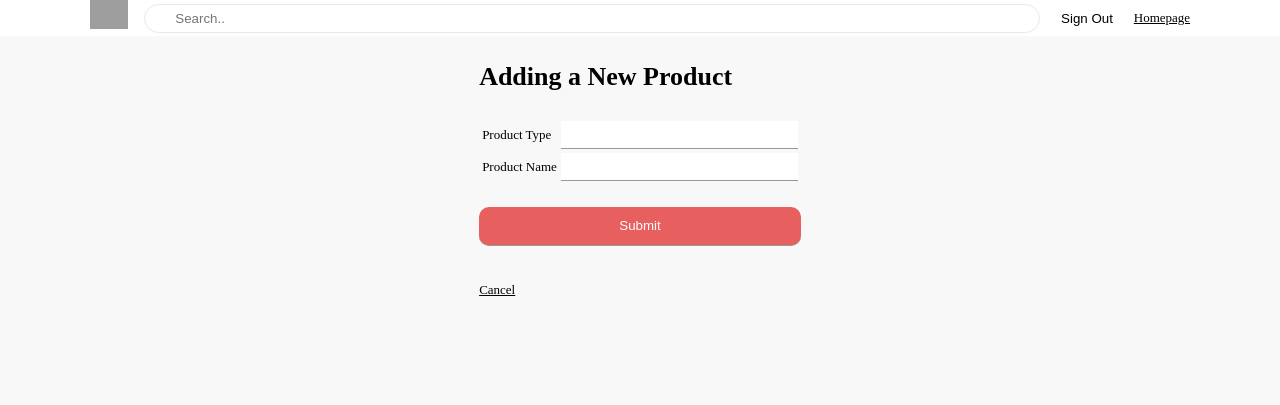
Repository: PhuongHuynh9987/Shopaholic-Ecommerce
Page: http://localhost/Shopaholic/WEB-INF/views/addnewproduct.jsp
The author's editor kept a copy of each file at every save. The page is drawn from the files as they stood at one save, then again after the next save.
The browser window is 1280 px wide. The pictures show the whole page.
Pictures or frames that could not be fetched are drawn as grey boxes. The page is served by Tomcat 9. Nobody is signed in. Other server files are loaded and not shown. The template is opened directly, without the code that normally fills it, so the values that code supplies are empty.

Above is the page before, as saved 2024-01-30 01:01:17.

### Shopaholic/src/main/webapp/WEB-INF/views/addnewproduct.jsp
<%@ page language="java" contentType="text/html; charset=UTF-8"
    pageEncoding="UTF-8"%>


<!DOCTYPE html>
<%@page import="java.sql.*"%>
<%@ page import="java.io.*,java.util.*, javax.servlet.*"%>
<%@ page import="shopaholicjava.*"%>
<%@ page import = "javax.servlet.http.*" %>


<html>
<head>
<meta charset="UTF-8">
<!-- Favicon -->
<link rel = "icon" type = "image/x-icon" href = "asset/favicon.ico"/>
<!-- Font Awesome icons (free version) -->
<script src="https://use.fontawesome.com/releases/v5.15.4/js/all.js" crossorigin = "anonymous"></script>
<!--Google fonts  -->
<link href = "https://fonts.googleapis.com/css?family=Montserrat:400,700" rel="stylesheet" type = text/css />
<!-- Core theme CSS (bootstrap) -->
<link href = "style.css" rel="stylesheet"/>
<!-- <meta charset="ISO-8859-1"> -->
<title>Adding a New Product</title>
</head>
<body>
	<div class='body'>
		<div class='navbar'>
			<div class='logo'>
				<img src="images/logo.png" alt="logo">
			</div>
			<div class='searchbar'>
				<input type="text" placeholder="Search..">
			</div>

			<div>
				<form action="LogoutServlet">
					<input type = "hidden" name = "UserType" value = "Merchant">
					<button type="submit" class='signout'>Sign Out</button>
				</form>
			</div>

			<div class='homepage'>
				<a href="MerchantServlet">Homepage</a>
			</div>
		</div>

		<div>
			<h1>Adding a New Product</h1>
	        <form action="MerchantServlet" method="post" name="Form"  enctype = "multipart/form-data" onsubmit="return validateForm()">
	       		<input type="hidden" name="action" value="add">
				<table>
					<tr>
						<td>Product Type</td>
						<td><input type="text" name="productType" onkeypress="removeElert()"/></td>
					</tr>

					<tr>
						<td>Product Name</td>
						<td><input type="text" name="productName" onkeypress="removeElert()"/></td>
					</tr>


				</table>
				<span class="emptyField">Please Fill In All Required Fields!</span>
				<input type="submit" value="Submit" class ="addProduct" />
			</form>
			<div class = "footer">
				<a href="MerchantServlet">Cancel</a>
			</div>
		</div>
	</div>

	<script  type="text/javascript">
	 	var emptyField = document.querySelector(".emptyField");

		function validateForm() {
		    var a = document.forms["Form"]["productType"].value;
		    var b = document.forms["Form"]["productName"].value;
		    var c = document.forms["Form"]["price"].value;
		    var d = document.forms["Form"]["imageFile"].value;

		    if ((a == null || a == "") || (b == null || b == "") || (c == null || c == "") || (d == null || d == "")) {
		    	emptyField.classList.add("active");
		    	return false;
		    }
		    else {
		    	return true;
		    }
		 }

		 function removeElert() {
			emptyField.classList.remove("active");
		 }

	</script>


</body>
</html>

### Shopaholic/src/main/webapp/style.css
@charset "UTF-8";

 /******** Global *********/
 input, select, textarea {
  outline: none;
/*   appearance: unset !important;
  -moz-appearance: unset !important;
  -webkit-appearance: unset !important;
  -o-appearance: unset !important;
  -ms-appearance: unset !important;  */
 }


html {
	box-sizing: border-box;
	margin: 0;
	padding:0;
	width:100%;
}

a{
  color : black;
  cursor: pointer;
}

button {
	 cursor: pointer;
}

figure {
  margin-bottom: 50px;
  text-align: center; }

body {
  font-size: 13px;
  line-height: 1.8;
/*   color: #222; */
  background: #f8f8f8;
  font-weight: 400;
  font-family: Poppins;
  margin: 0;
}

 input {
  width: 100%;
  display: block;
  border: none;
  border-bottom: 1px solid #999;
  padding: 6px 30px;
  box-sizing: border-box;

}

.main {
  padding: 50px 0;
}

hr {
	width:100%;
	text-align:left;
	margin-left:0;
 }


  /************ Nav Bar ************/
.navbar {
  display: flex;
  background: #fff;
  gap: 1rem;
  justify-content: center;
  align-items: center;
  width:100%;
 }

 .logo img {
 	width: 2.4rem;
 	margin:0;
 	padding:0;
 }

 .logo {
  overflow: fit-content;
 }

.searchbar {
  	width: 70%;
  }
.searchbar input {
  border-radius: 30px;
  border: 1px solid #e9e9e9;
 }

.cart, .signout {
	margin:0;
 	padding:0.3rem;
  	border:none;
  	background: #fff;
  	transition: 0.4s;
  }

.cart:hover,
.signout:hover {
  	background:#e9e9e9;
  	border-radius: 10px;
  	padding: 0.3rem;
}


  /******** Body for sign up and log in ******/
 .container {
 	display:flex;
 	flex-direction: column;
 	width: 900px;
 	background: #fff;
 	margin: 0 auto;
 	justify-content: center;
  	align-items:center;
 }

 .signin-content, .signup-content {
  display: flex;
  display: -webkit-flex;
  padding-top: 67px;
 }

.signin-image, .signup-image {
	width: 50%;
	overflow:hidden;
  	margin-top: 10px;
}

.signin-form {
  margin-right: 15rem;
  }

.signup-form {
   margin-left: 10rem;
 }

 #signin {
  margin-top: 16px;
 }

 .signin-image-link,
 .signup-image-link {
  font-size: 14px;
  color: #222;
  display: block;
  text-align: center;
  margin: rem 0;
 }

.form-button {
  text-align: center; }

.form-submit {
  display: inline-block;
  background: #6dabe4;
  color: #fff;
  border-bottom: none;
  width: auto;
  padding: 5px 39px;
  border-radius: 5px;
  -moz-border-radius: 5px;
  -webkit-border-radius: 5px;
  -o-border-radius: 5px;
  -ms-border-radius: 5px;
  margin-top: 25px;
  cursor: pointer; }

.form-submit:hover {
   background: #4292dc; }

.form-group {
	display: flex;
	justify-content: center;
  	align-items:center;
}

.toast-msg {
	opacity: 0;
	color: red;
	transition: 0.2s ease;
}

.toast-msg.active {
	opacity: 1;
}

/* #UserName:not(:placeholder-shown)#UserName:not(:focus)+label {
	border-color: #96c477
}
   */


  /*********** User home page **********/

.product-area {
   display: grid;
  	grid-template-columns: 2fr 2fr 2fr 2fr;
  	margin:4rem;
  	gap: 2rem;
  }

.product {
  	box-shadow: 8px 8px  15px #c7c7c7;
  	padding: 10px;
  	text-align: center;
  	background: #fff
  }

.product img {
  	width: 11rem;
  	height: 10rem;
  	overflow: hidden;
  }

.product-bottom {
  	display:flex;
  	justify-content: center;
  	align-items: center;
  	justify-content:space-between;
  	gap: 1.2rem;
  }

.buttons {
	display:flex;
	justify-content: center;
  	align-items: start;
}

.addToCart {
	color: #6f6f6f;
	border: 1.9px solid #e6e6e6;
	background: #fff;
	padding: 7px;
}

.viewItem {
	color: #9ae6bb;
	border: 1.9px solid #9ae6bb;
	background: #fff;
	padding: 7px;
}

 .shopping-cart {
	display:grid;
	width: 50%;
	background: #fff;
	padding: 0 1rem;
 }

 .shopping-cart .top {
 	display:flex;
 	justify-content: space-between;
 	align-items: center;
 }

 .shopping-cart .items {
 	display:flex;
 	justify-content: space-between;
 	margin-top: 2rem;
 }

.shopping-cart .items .right{
 	text-align: right;
 }

.items .image {
	display:flex;
	justify-content:center;
	align-items:center;
}

 .items img {
 	width: 8rem;
 }

 .cartCancel {
 	border:none;
 	background-color: #fff;
 	font-weight: bolder;
 	margin-bottom: 1.3rem;
 }



 /* View Product information */
  .product-info{
  	display: flex;
  	justify-content:center;
	align-items:center;
  	width: 50rem;
  	height: 30rem;
  	gap:2rem;
  }

  .product-detail {
  	height: 20rem;
  }

  .product-detail div {
  	display: flex;
  	justify-content:space-between;
	align-items:center;
  }

.product-info img {
    width: 20rem;
    height: 20rem;
    margin-top:20px;
}


 .review {
 	width: 40rem;
 }


  /************* Merchants ************/
.body {
  display: flex;
  flex-direction: column;
  justify-content: center;
  align-items:center;
  width: auto;
  }

.addProduct {
	padding: 0.7rem;
	margin-bottom: 2rem;
	background: #e85f60;
	color: #fff;
	border-radius: 10px;

}

.footer {
	display: flex;
	justify-content: space-between;
	margin-top: 0;
	margin-bottom: 3rem;
}

.emptyField {
	color: red;
	opacity: 0;
}

.emptyField.active {
	opacity: 1;
}

After the next save:
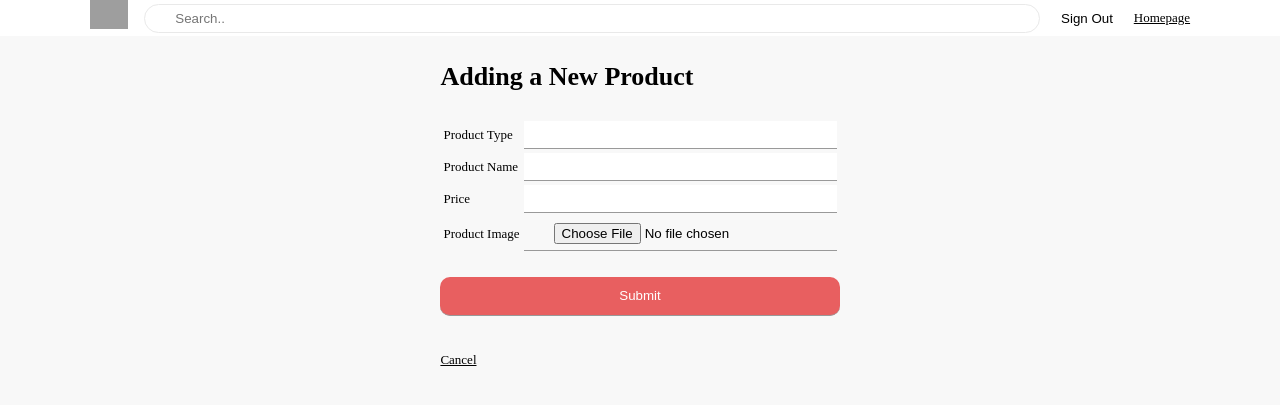
Saved 8 s later.
--- a/Shopaholic/src/main/webapp/WEB-INF/views/addnewproduct.jsp
+++ b/Shopaholic/src/main/webapp/WEB-INF/views/addnewproduct.jsp
@@ -59,7 +59,15 @@
 						<td>Product Name</td>
 						<td><input type="text" name="productName" onkeypress="removeElert()"/></td>
 					</tr>
+					<tr>
+						<td>Price</td>
+						<td><input type="text" name="price" onkeypress="removeElert()" /></td>
+					</tr>
 
+					<tr>
+						<td>Product Image</td>
+						<td><input type="file" name="imageFile" onkeypress="removeElert()"/></td>
+					</tr>
 
 				</table>
 				<span class="emptyField">Please Fill In All Required Fields!</span>
